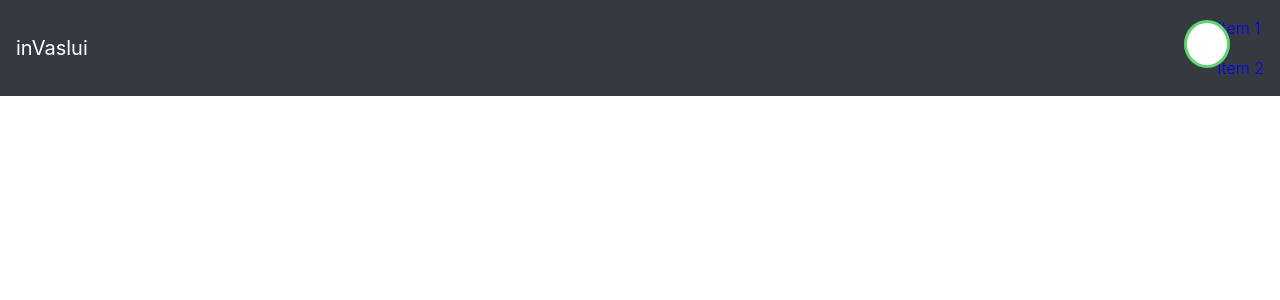
Repository: nicolasolo/in-vaslui
Page: index.html
The author's editor kept a copy of each file at every save. The page is drawn from the files as they stood at one save, then again after the next save.
The browser window is 1280 px wide. The pictures show the whole page.
Some web libraries are served in a nearby version.

Above is the page before, as saved 2020-03-29 21:05:49.

After the next save:
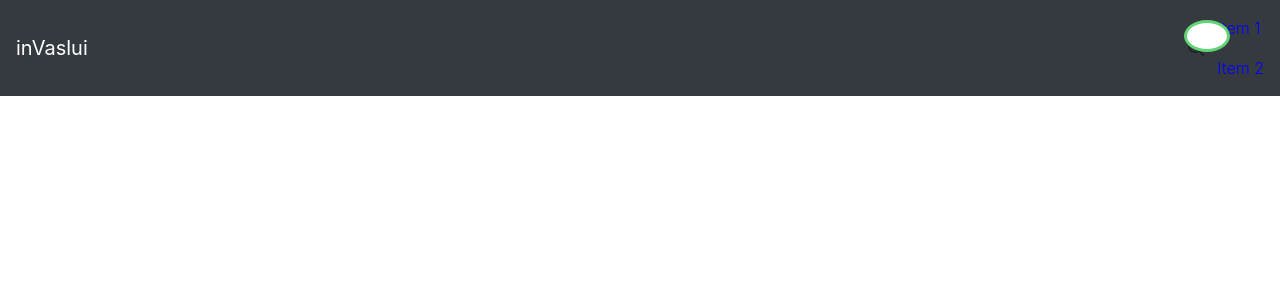
Saved 10 s later.
--- a/css/vaslui.css
+++ b/css/vaslui.css
@@ -17,7 +17,7 @@ a.navbar-brand{
     right: 50px;
     box-sizing: border-box;
     width: 0px;
-    height: 3rem;
+    height: 2rem;
     padding: 0 20px;
     outline: none;
     font-size: 18px;
